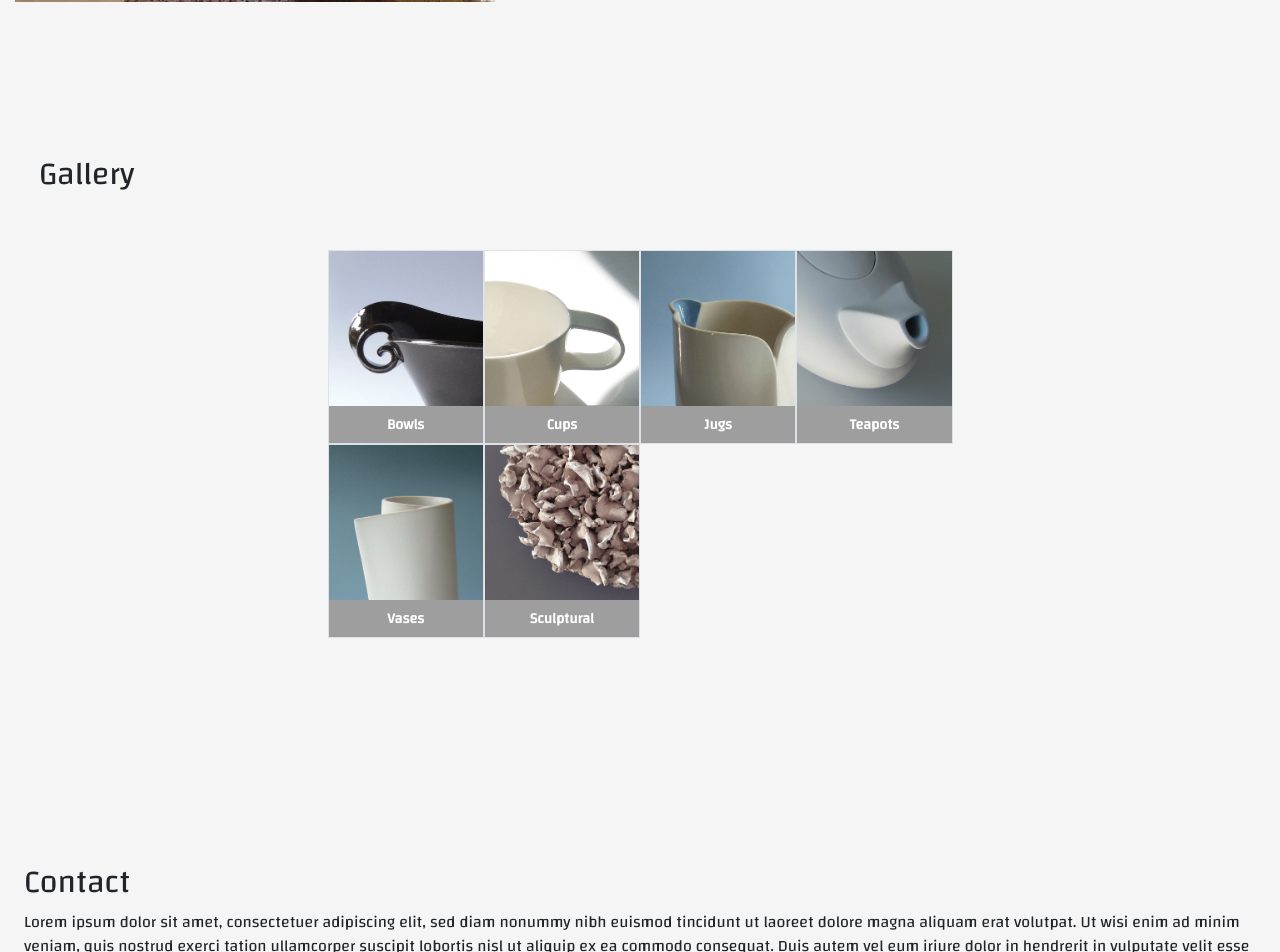
Repository: ManrOsca/ceramics
Page: MDB/index3.html
The author's editor kept a record of every edit. The page is drawn from the files as they stood at one moment, then again after the next edit.
The browser window is 1280 px wide. The pictures show the part of the page from y = 1834 to 2786 px (the page is 2955 px tall before and 2977 px after).
A picture or video elsewhere on the page could not be fetched, so the positions and the page height are approximate.

Above is the page before.

After the next edit:
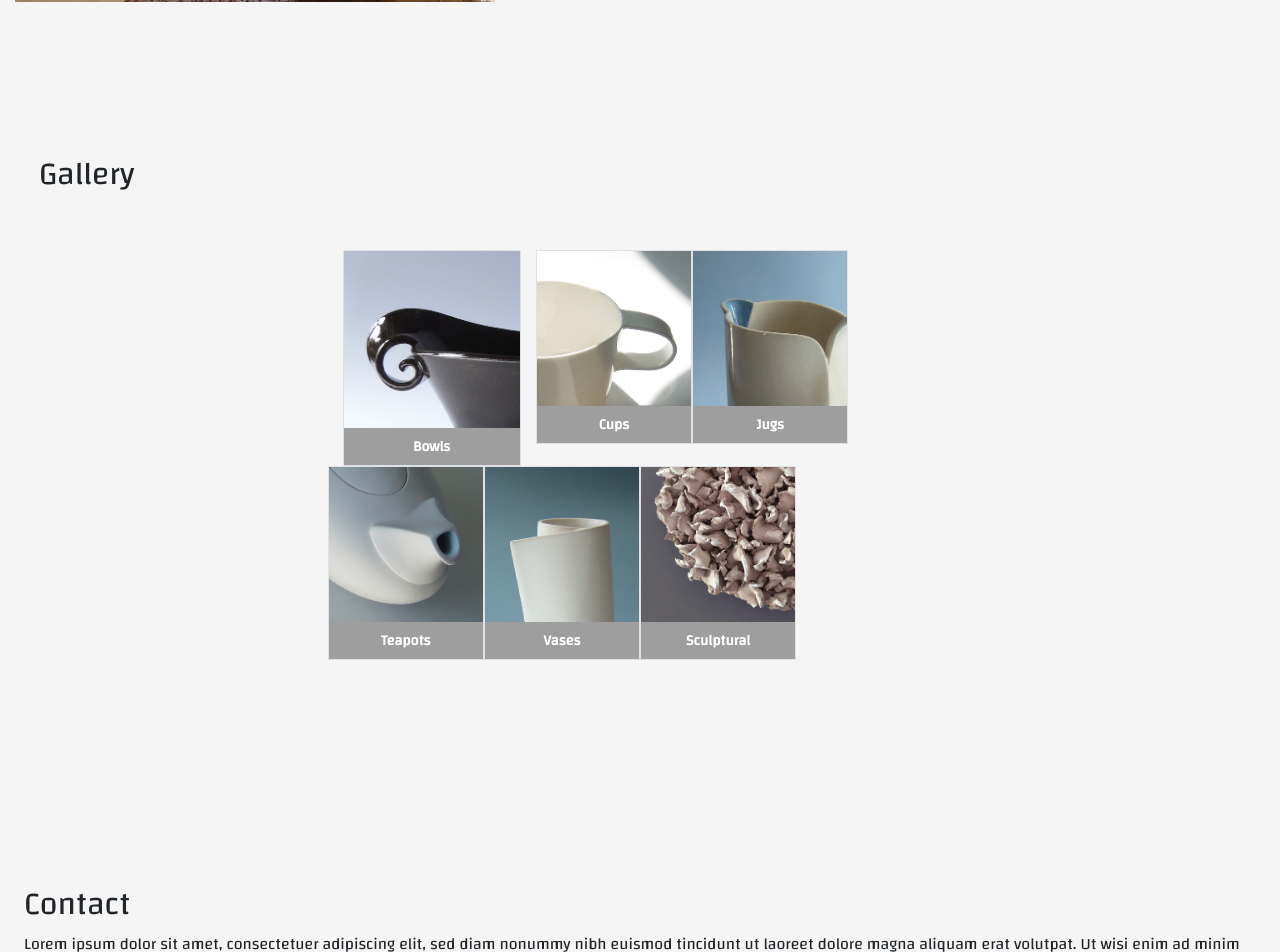
The edit:
--- a/MDB/index3.html
+++ b/MDB/index3.html
@@ -106,7 +106,7 @@
                 <h2 class="px-4 py-4">Gallery</h2><br>
 
                 <div class="row mx-auto"  style="width: 50%;" >
-                    <div class="col-sm-4 col-lg-3">
+                    <div class="col-xs-4 col-lg-4">
                         <a href="index3.html#gallery">
                             <div class="img-thumbnail">
                                 <img src="img/gallery-menu-bowls.jpg" alt="bowls" class="img-fluid"></img>
